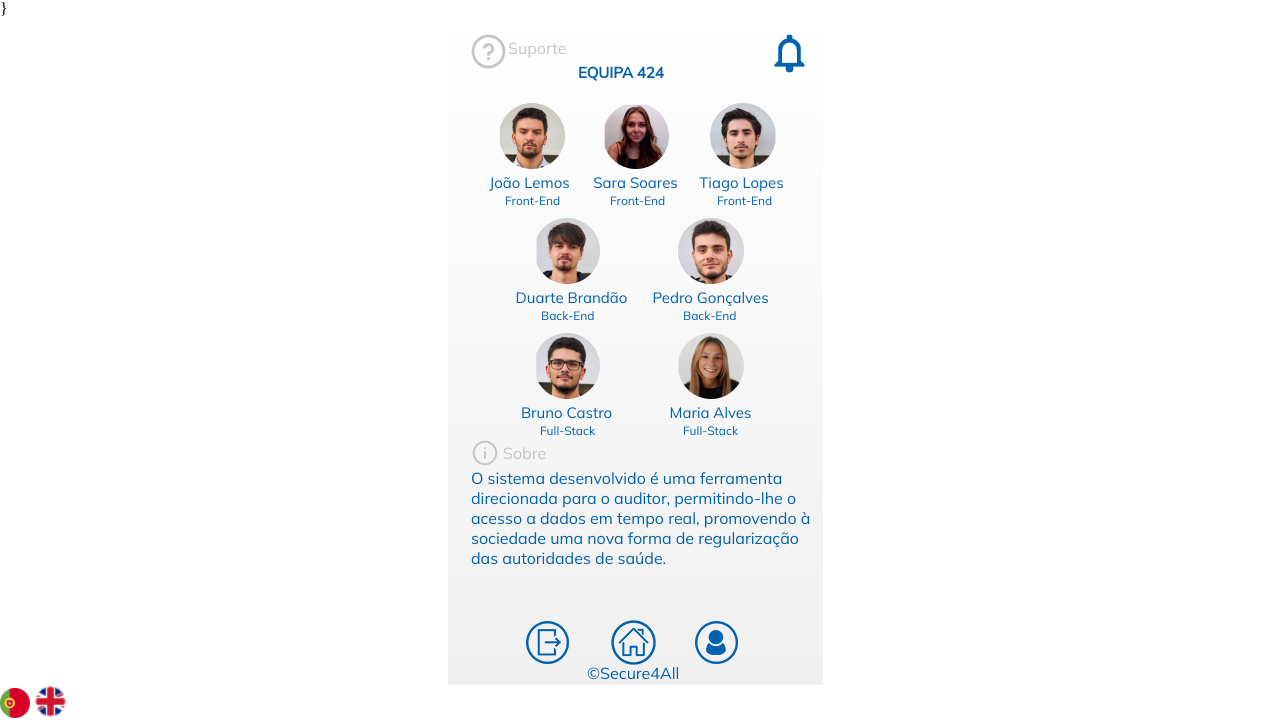
Repository: PedroMM-G/INEM
Page: Back-Office/sobre.html
The author's editor kept a record of every edit. The page is drawn from the files as they stood at one moment, then again after the next edit.
The browser window is 1280 px wide. The pictures show the whole page.

Above is the page before.
Console error: TypeError: Cannot read properties of null (reading 'addEventListener')

After the next edit:
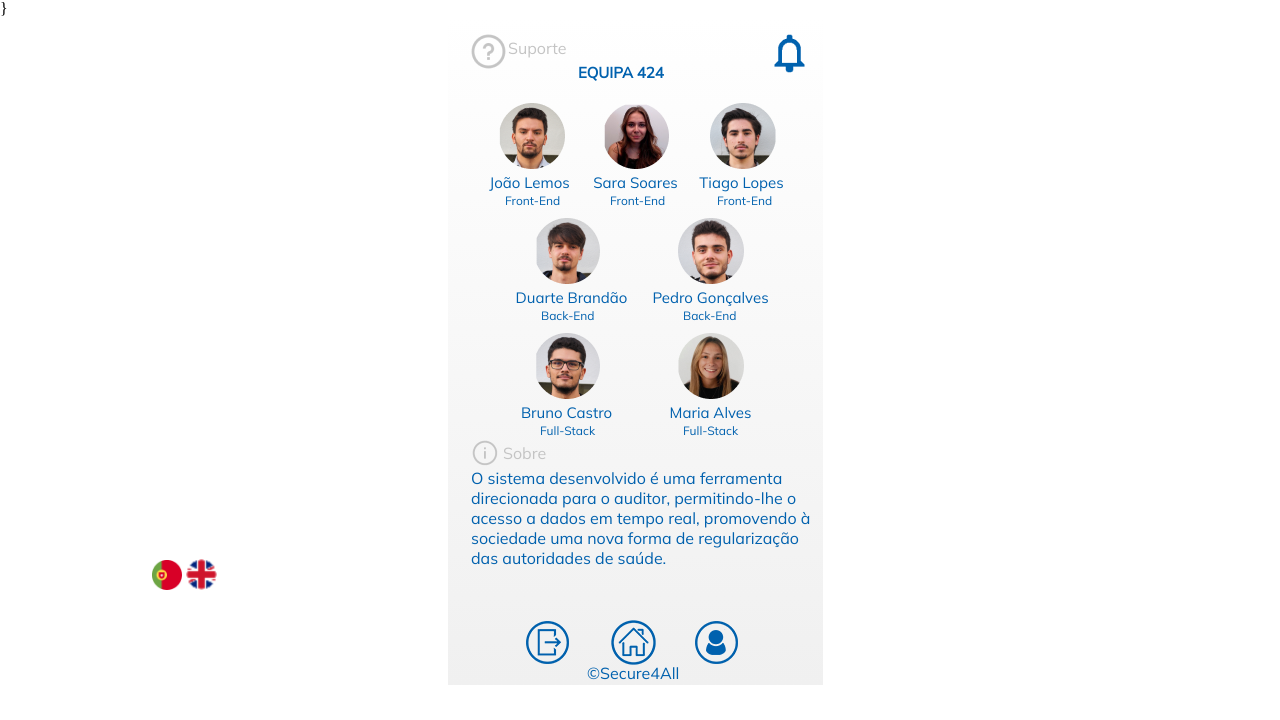
The edit:
--- a/Back-Office/sobre.html
+++ b/Back-Office/sobre.html
@@ -176,8 +176,8 @@
       -->
            <div id="google_translate_element" class="boxTradutor"></div>
 
-    <a href="javascript:trocarIdioma('pt')"><img alt="espanhol" src="imagens/portugal.png"></a>
-    <a href="javascript:trocarIdioma('en')"><img alt="ingles" src="imagens/en.png"></a>
+    <a id="portugues" href="javascript:trocarIdioma('pt')"><img alt="portugues" src="imagens/portugal.png"></a>
+    <a id="ingles" href="javascript:trocarIdioma('en')"><img alt="ingles" src="imagens/en.png"></a>
 
 
 
